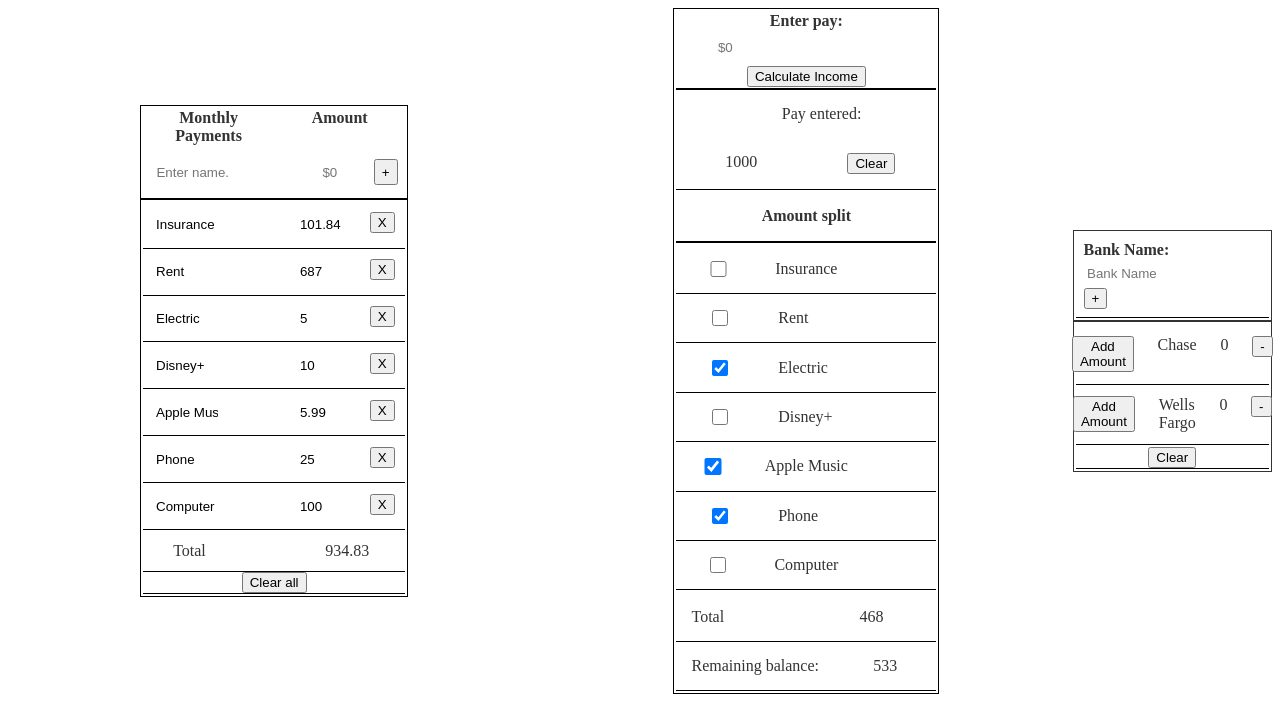
Repository: Kayla-amr/final-project-vue
Page: /
An editor plug-in stored every save of this project. The page is shown before and after a run of saves, followed by the edit.
The browser window is 1280 px wide. The page is 1281 px wide, so the pictures cover 1281 px, including what lies to the right of the window. The pictures show the whole page.
The project was rebuilt for these pictures with package versions that can differ from the ones it lists, and the page was loaded fresh each time. Also part of the build but not shown: vite.config.js.

Above is the page before, as saved 2023-04-12 13:45:47.

After the next 2 saves:
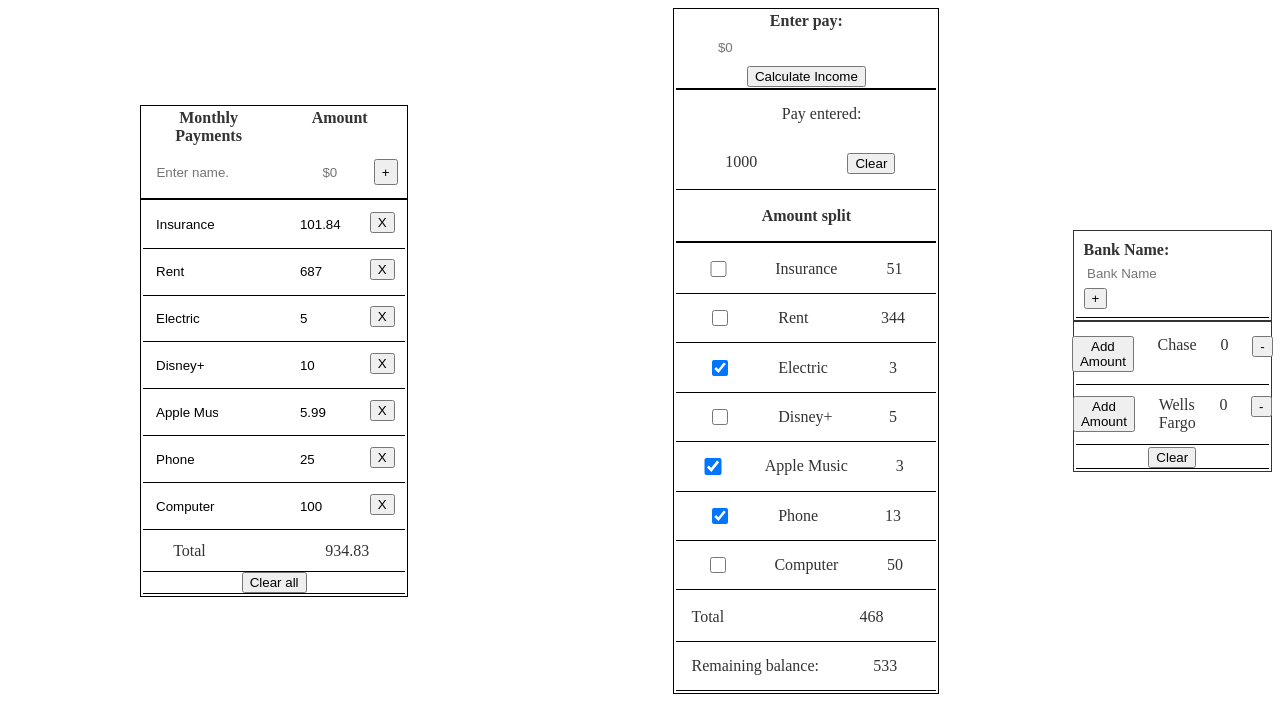
The 2 saves are shown as one change because they came seconds apart.
The last was saved 11 s later.
--- a/src/components/SplitBudget.vue
+++ b/src/components/SplitBudget.vue
@@ -105,7 +105,7 @@ export default {
             this.incomes.splice(index, 1)
         },
         splitBudget(amount) {
-            return
+            return Math.ceil(amount / 2)
         }
     }
 }
